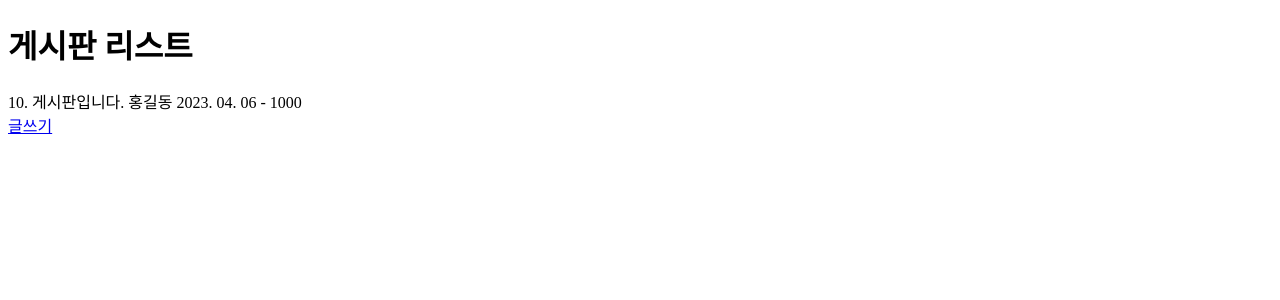
Repository: nsj2204/spring2
Page: http://localhost/ex01/board/list.do
These files come from the project's save history. The page is drawn as it stood at one moment and after the next save; the edit follows.
The browser window is 1280 px wide. The pictures show the whole page.
The page is served by Tomcat 9.

Above is the page before, as saved 2023-04-06 00:57:50.

After the next save:
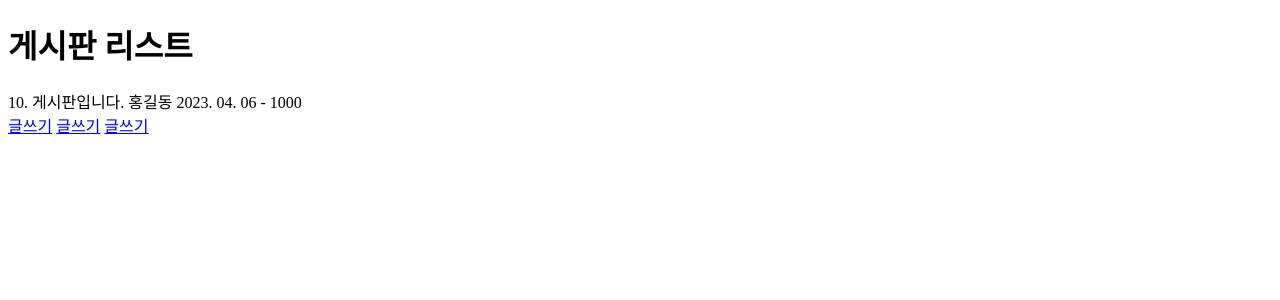
Saved 14 s later.
--- a/ex01/src/main/webapp/WEB-INF/views/board/list.jsp
+++ b/ex01/src/main/webapp/WEB-INF/views/board/list.jsp
@@ -10,5 +10,7 @@
 <h1>게시판 리스트</h1>
 <div onclick='location="view.do"'>10. 게시판입니다. 홍길동 2023. 04. 06 - 1000</div>
 <a href="write.do">글쓰기</a>
+<a href="update.do">글쓰기</a>
+<a href="write.do">글쓰기</a>
 </body>
 </html>
